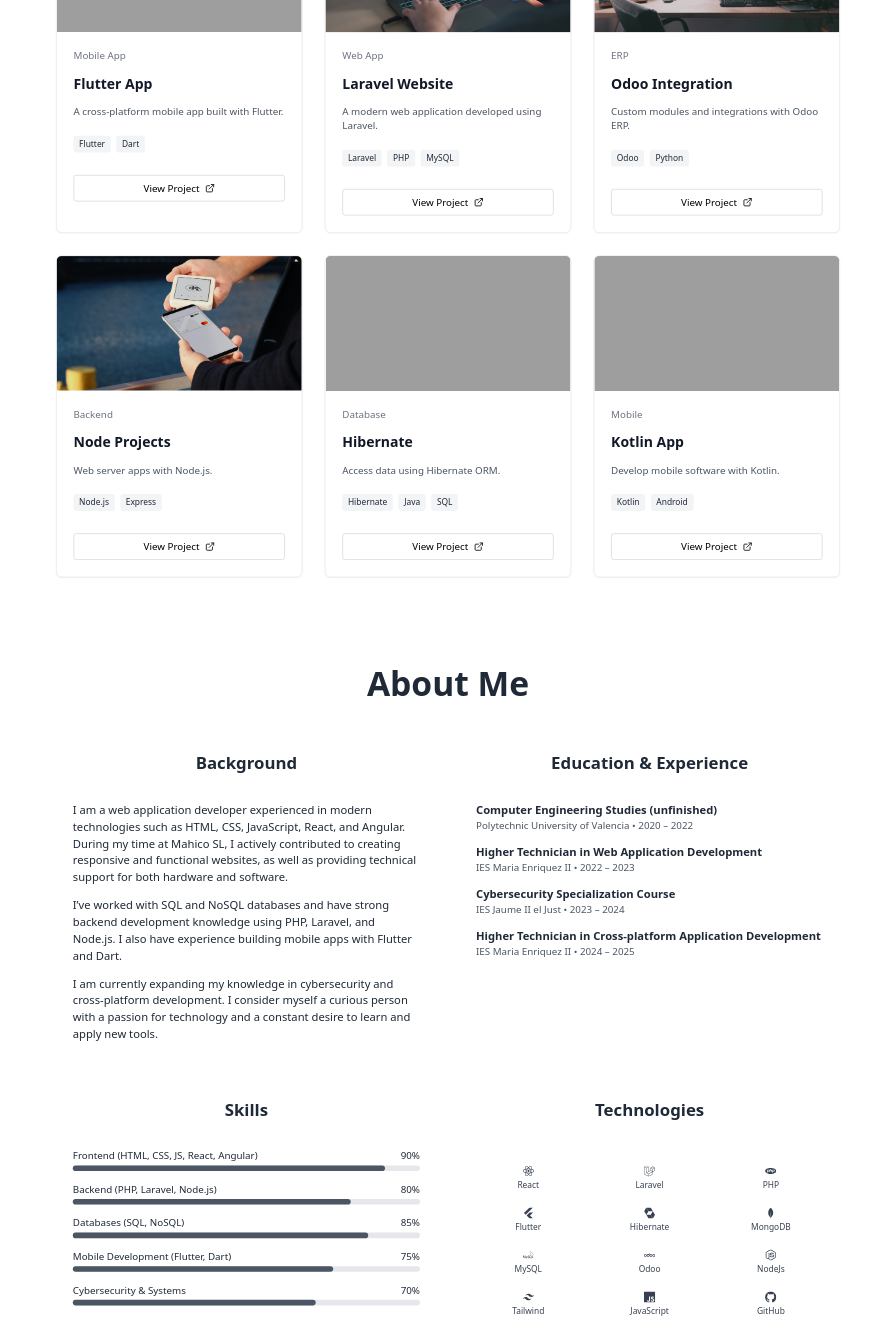
Repository: joanbarresportfolio/portfolio
Page: /
These files come from the project's save history. The page is drawn as it stood at one moment and after the next save; the edit follows.
The browser window is 1280 px wide. The pictures show the part of the page from y = 1047 to 2967 px (the page is 4133 px tall before and 4093 px after), at 70% of full size.
Pictures or frames that could not be fetched are drawn as grey boxes. The project was rebuilt for these pictures with package versions that can differ from the ones it lists, and the page was loaded fresh each time. Also part of the build but not shown: vite.config.js.

Above is the page before, as saved 2025-05-09 11:12:29.

After the next save:
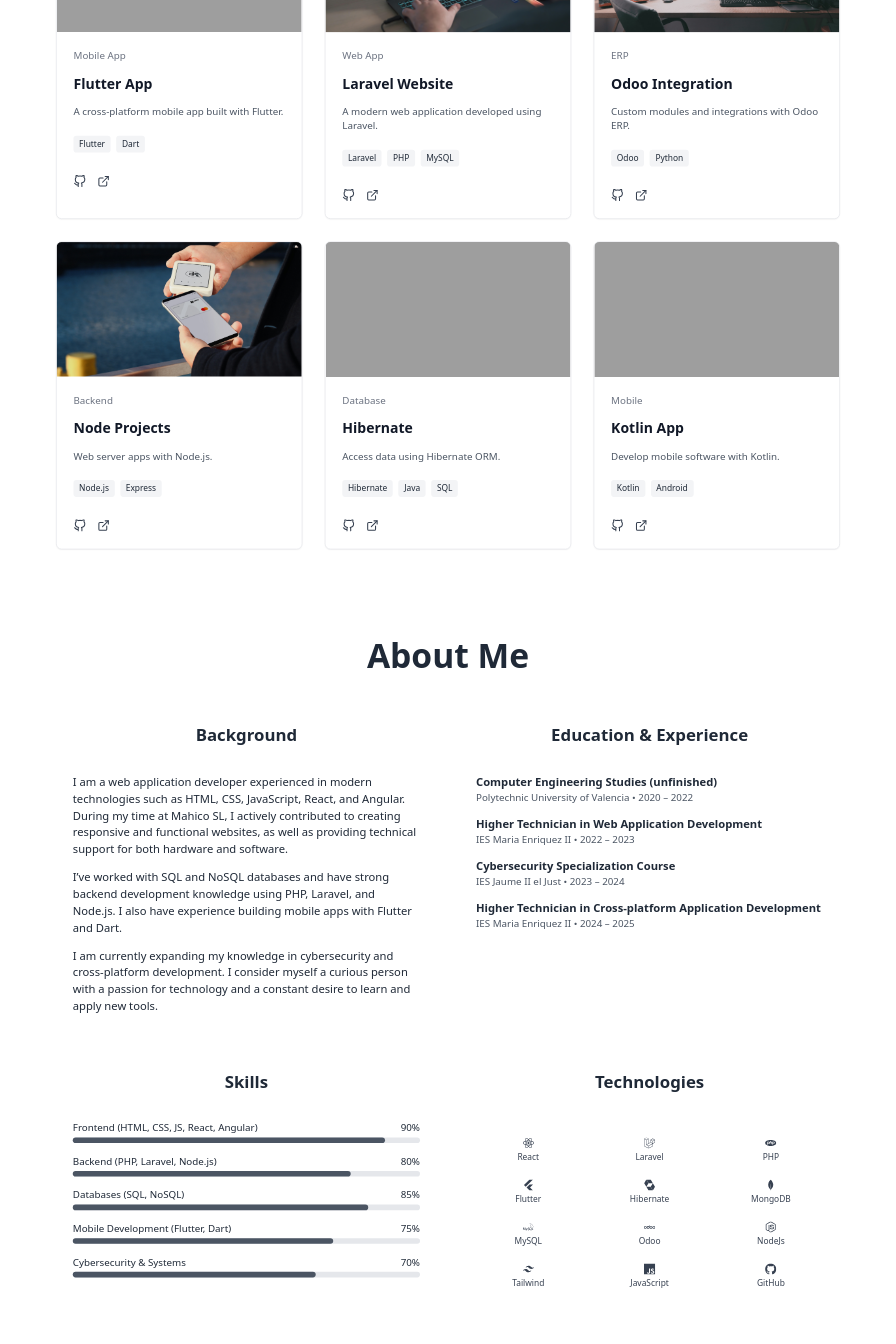
Saved 3 min 2 s later.
--- a/src/components/Projects.jsx
+++ b/src/components/Projects.jsx
@@ -1,5 +1,5 @@
 import React from 'react';
-import { FiExternalLink } from 'react-icons/fi';
+import { FiExternalLink, FiGithub } from 'react-icons/fi';
 import { motion } from 'framer-motion';
 import flutter from '../assets/1.jpg';
 import laravel from '../assets/2.jpg';
@@ -15,7 +15,8 @@
     title: 'Flutter App',
     description: 'A cross-platform mobile app built with Flutter.',
     tags: ['Flutter', 'Dart'],
-    link: 'https://github.com/joanbarresportfolio/pokedex_flutter.git'
+    github: 'https://github.com/joanbarresportfolio/pokedex_flutter.git',
+    website: 'https://your-flutter-app.com'
   },
   {
     img: laravel,
@@ -23,7 +24,8 @@
     title: 'Laravel Website',
     description: 'A modern web application developed using Laravel.',
     tags: ['Laravel', 'PHP', 'MySQL'],
-    link: '#'
+    github: 'https://github.com/youruser/laravel-project',
+    website: 'https://your-laravel-site.com'
   },
   {
     img: odoo,
@@ -31,7 +33,8 @@
     title: 'Odoo Integration',
     description: 'Custom modules and integrations with Odoo ERP.',
     tags: ['Odoo', 'Python'],
-    link: '#'
+    github: 'https://github.com/youruser/odoo-project',
+    website: 'https://your-odoo-instance.com'
   },
   {
     img: node,
@@ -39,7 +42,8 @@
     title: 'Node Projects',
     description: 'Web server apps with Node.js.',
     tags: ['Node.js', 'Express'],
-    link: '#'
+    github: 'https://github.com/youruser/node-project',
+    website: 'https://your-node-app.com'
   },
   {
     img: hibernate,
@@ -47,7 +51,8 @@
     title: 'Hibernate',
     description: 'Access data using Hibernate ORM.',
     tags: ['Hibernate', 'Java', 'SQL'],
-    link: '#'
+    github: 'https://github.com/youruser/hibernate-project',
+    website: 'https://your-hibernate-site.com'
   },
   {
     img: kotlin,
@@ -55,14 +60,14 @@
     title: 'Kotlin App',
     description: 'Develop mobile software with Kotlin.',
     tags: ['Kotlin', 'Android'],
-    link: '#'
+    github: 'https://github.com/youruser/kotlin-project',
+    website: 'https://your-kotlin-app.com'
   }
 ];
 
 const Projects = () => {
   return (
     <section className="flex flex-col items-center justify-center px-6 lg:px-20 py-16 bg-white text-gray-900">
-      {/* Título animado */}
       <motion.div
         className="text-center mb-12"
         initial={{ opacity: 0, y: 50 }}
@@ -74,7 +79,6 @@
         <p className="text-lg text-gray-600">Here's a selection of my recent work</p>
       </motion.div>
 
-      {/* Grid de proyectos con animación por tarjeta */}
       <div className="grid grid-cols-1 md:grid-cols-3 gap-8 w-full max-w-7xl">
         {projects.map((project, index) => (
           <motion.div
@@ -104,12 +108,30 @@
                   </span>
                 ))}
               </div>
-              <a
-                href={project.link}
-                className="mt-4 inline-flex items-center justify-center border border-gray-300 bg-white text-black text-sm font-medium px-4 py-2 rounded hover:bg-gray-600 hover:text-white transition"
-              >
-                View Project <FiExternalLink className="ml-2" />
-              </a>
+              <div className="mt-4 flex gap-4">
+                {project.github && (
+                  <a
+                    href={project.github}
+                    target="_blank"
+                    rel="noopener noreferrer"
+                    className="text-gray-700 hover:text-black text-lg"
+                    aria-label="GitHub"
+                  >
+                    <FiGithub />
+                  </a>
+                )}
+                {project.website && (
+                  <a
+                    href={project.website}
+                    target="_blank"
+                    rel="noopener noreferrer"
+                    className="text-gray-700 hover:text-black text-lg"
+                    aria-label="Website"
+                  >
+                    <FiExternalLink />
+                  </a>
+                )}
+              </div>
             </div>
           </motion.div>
         ))}
